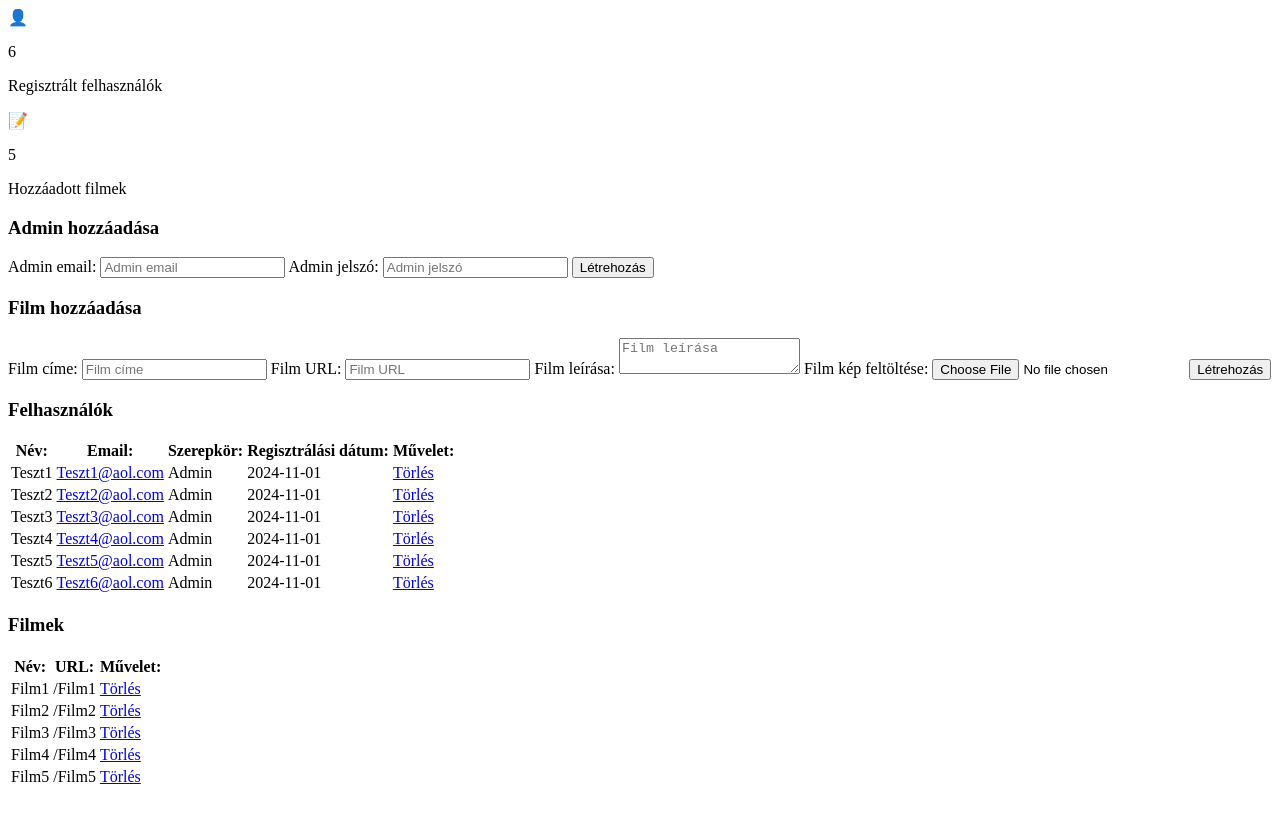
Repository: nanzol1/showscout_project
Page: http://localhost/XEPDB1/project-root/app/Views/user/admin.php
An editor plug-in stored every save of this project. The page is shown before and after the next save, followed by the edit.
The browser window is 1280 px wide. The pictures show the whole page.
The page is run by PHP 8.4 with error messages shown; the project is at /var/www/html/.

Above is the page before, as saved 2024-11-09 08:33:16.

After the next save:
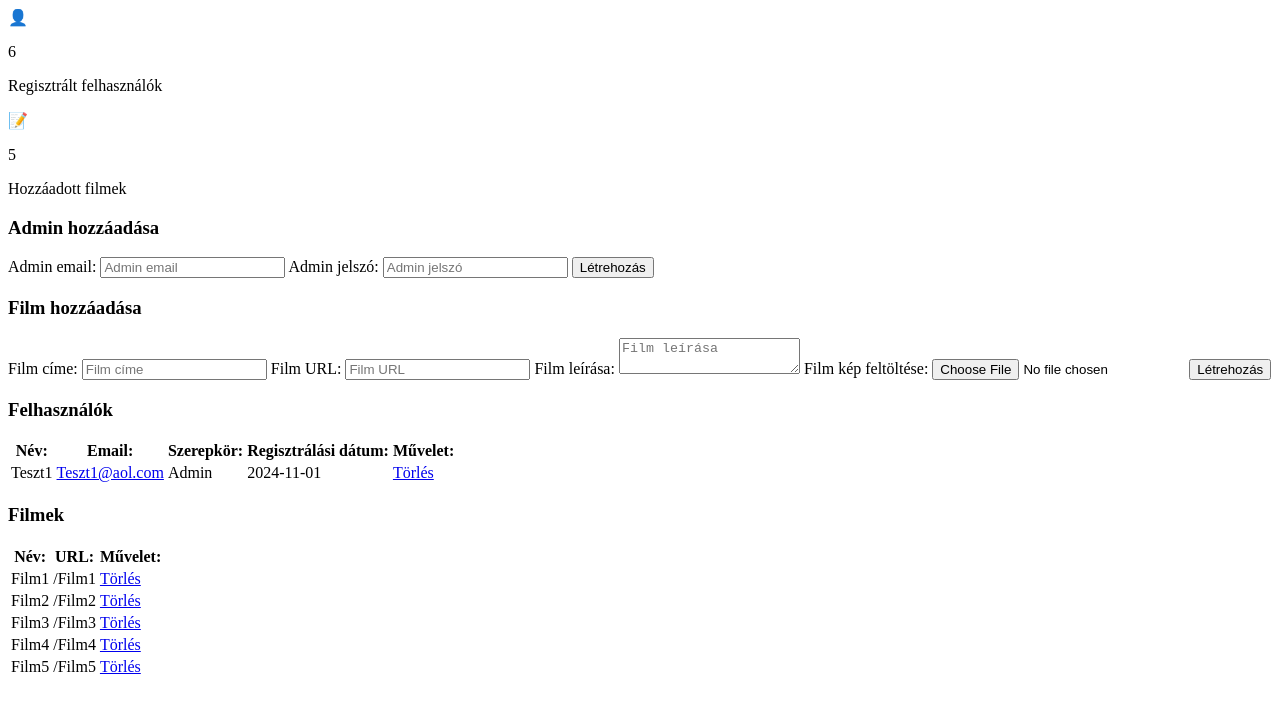
Saved 12 s later.
--- a/project-root/app/Views/user/admin.php
+++ b/project-root/app/Views/user/admin.php
@@ -60,41 +60,6 @@
                               <td>2024-11-01</td>
                               <td><a href="#">Törlés</a></td>
                            </tr>
-                           <tr>
-                              <td>Teszt2</td>
-                              <td><a href="mailto:Teszt2@aol.com">Teszt2@aol.com</a></td>
-                              <td>Admin</td>
-                              <td>2024-11-01</td>
-                              <td><a href="#">Törlés</a></td>
-                           </tr>
-                           <tr>
-                              <td>Teszt3</td>
-                              <td><a href="mailto:Teszt3@aol.com">Teszt3@aol.com</a></td>
-                              <td>Admin</td>
-                              <td>2024-11-01</td>
-                              <td><a href="#">Törlés</a></td>
-                           </tr>
-                           <tr>
-                              <td>Teszt4</td>
-                              <td><a href="mailto:Teszt4@aol.com">Teszt4@aol.com</a></td>
-                              <td>Admin</td>
-                              <td>2024-11-01</td>
-                              <td><a href="#">Törlés</a></td>
-                           </tr>
-                           <tr>
-                              <td>Teszt5</td>
-                              <td><a href="mailto:Teszt5@aol.com">Teszt5@aol.com</a></td>
-                              <td>Admin</td>
-                              <td>2024-11-01</td>
-                              <td><a href="#">Törlés</a></td>
-                           </tr>
-                           <tr>
-                              <td>Teszt6</td>
-                              <td><a href="mailto:Teszt6@aol.com">Teszt6@aol.com</a></td>
-                              <td>Admin</td>
-                              <td>2024-11-01</td>
-                              <td><a href="#">Törlés</a></td>
-                           </tr>
                         </tbody>
                      </table>
                   </div>
